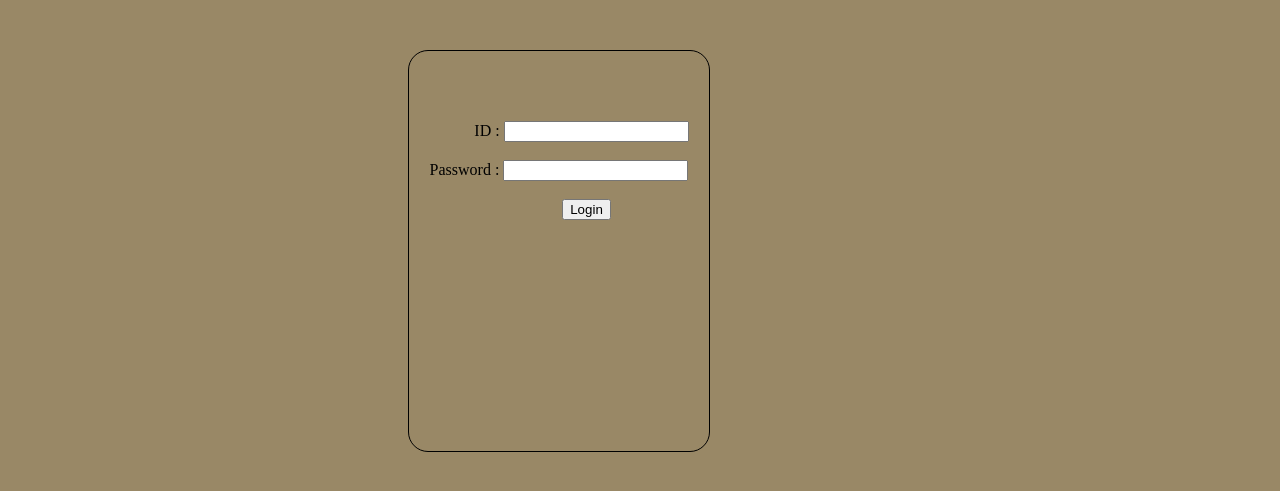
Repository: venkatasanthoshpamuru/Advance_Java_Projects
Page: First_JSP/src/main/webapp/Form.html
The author's editor kept a copy of each file at every save. The page is drawn from the files as they stood at one save, then again after the next save.
The browser window is 1280 px wide. The pictures show the whole page.

Above is the page before, as saved 2024-03-09 10:25:40.

After the next save:
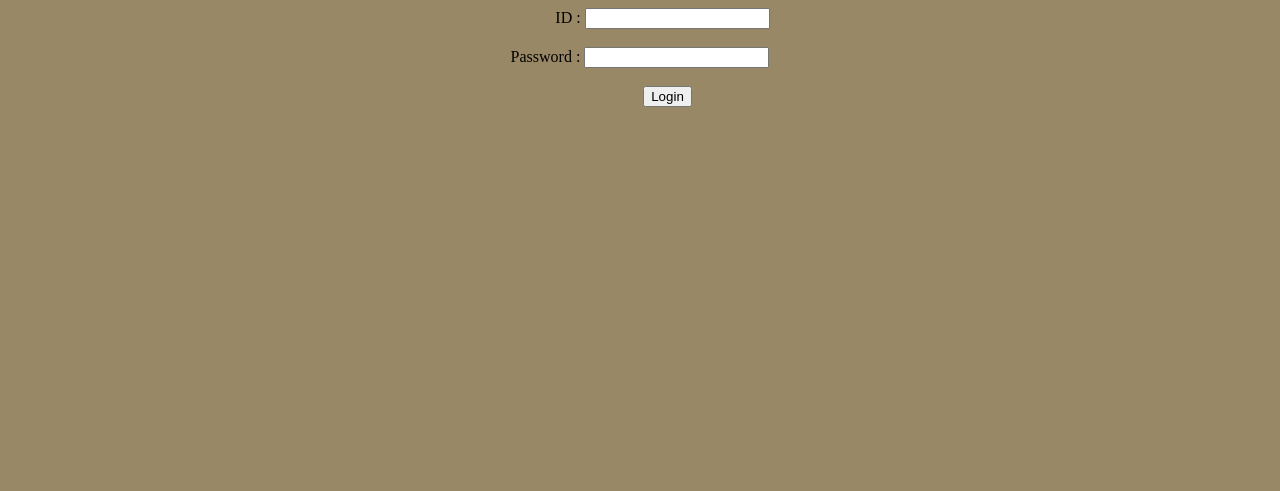
Saved 17 h 27 min later.
--- a/First_JSP/src/main/webapp/Form.html
+++ b/First_JSP/src/main/webapp/Form.html
@@ -2,11 +2,11 @@
 <html>
   <head>
     <title>First JSP</title>
-    <link rel="stylesheet" href="style.css"/>
+
   </head>
   <body bgcolor="#986" style="text-align: center;">
 
-  <div id='border' >
+
     <form method="post" action="./LoginServlet" id="content">
      <label style="display:inline-block;margin-left: 45px">ID : </label>
      <input type="text" name="userid" id="userid" required/><br><br>
@@ -14,7 +14,7 @@
      <input type="password" name="password" id="password" required/><br><br>
      <button type="submit" style="margin-left: 55px">Login</button>
     </form>
-    </div>
+
 
   </body>
 </html>
